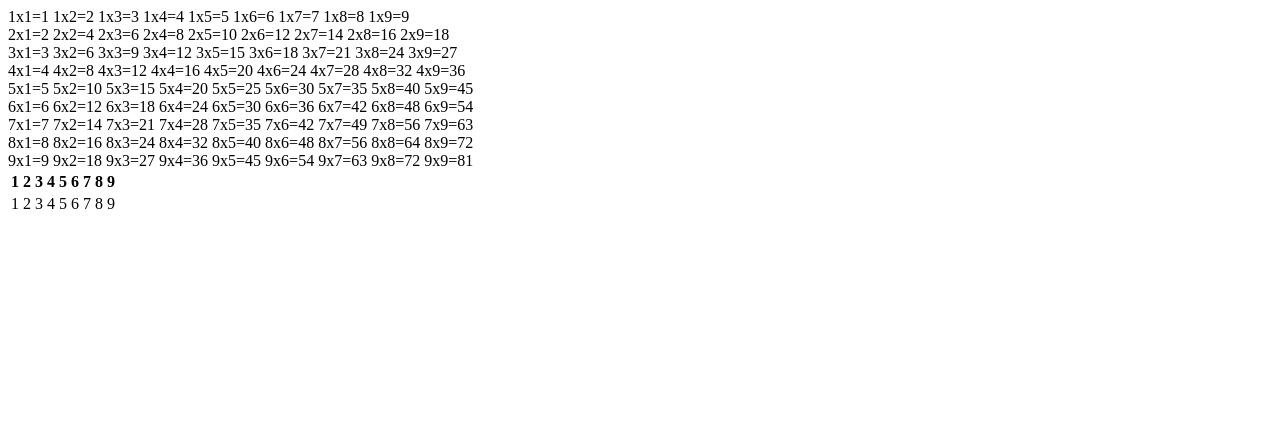
Repository: SongSooJin/JSP
Page: http://localhost/5-jsp-basic/example5/gugudan2.jsp
These files come from the project's save history. The page is drawn as it stood at one moment and after the next save; the edit follows.
The browser window is 1280 px wide. The pictures show the whole page.
The page is served by Tomcat 9. Other server files are loaded and not shown.

Above is the page before, as saved 2018-10-08 05:23:42.

### 5-jsp-basic/WebContent/example5/gugudan2.jsp
<%@ page language="java" contentType="text/html; charset=UTF-8"
	pageEncoding="UTF-8"%>
<!DOCTYPE html>
<html>
<head>
<meta charset="UTF-8">
<title>Insert title here</title>
</head>
<body>

	<%
		for(int i=1; i<=9; i++) {
			for(int j=1; j<=9; j++){
				out.print(i +"x"+ j + "=" + (i*j) + " ");
			}
			out.print("<br>");
		}
	%>

	<table>
		<thead>
			<tr>
				<th>1</th>
				<th>2</th>
				<th>3</th>
				<th>4</th>
				<th>5</th>
				<th>6</th>
				<th>7</th>
				<th>8</th>
				<th>9</th>
			</tr>
		</thead>
		<tbody>
			<tr>
				<td>1</td>
				<td>2</td>
				<td>3</td>
				<td>4</td>
				<td>5</td>
				<td>6</td>
				<td>7</td>
				<td>8</td>
				<td>9</td>
			</tr>
		</tbody>
	</table>

</body>
</html>

After the next save:
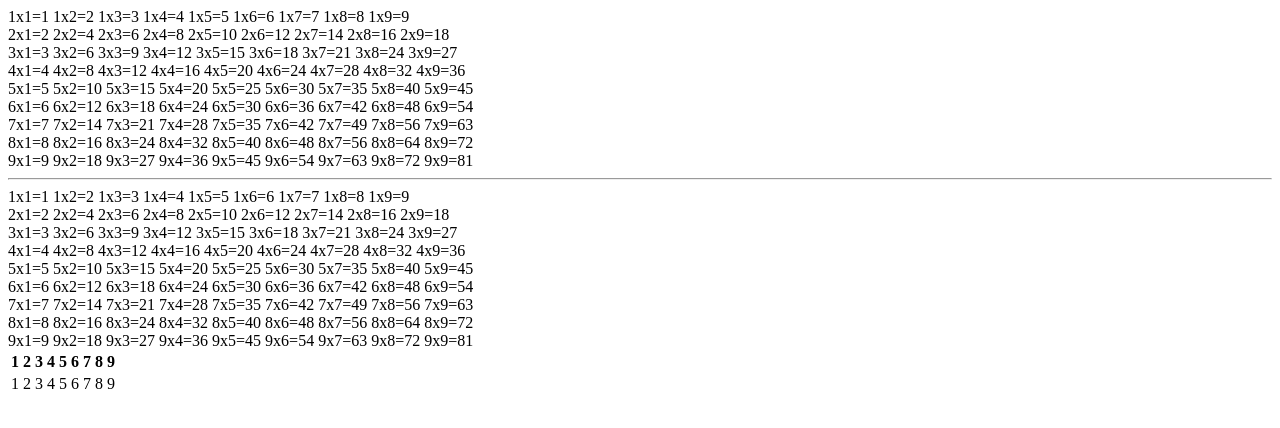
Saved 82 s later.
--- a/5-jsp-basic/WebContent/example5/gugudan2.jsp
+++ b/5-jsp-basic/WebContent/example5/gugudan2.jsp
@@ -16,7 +16,15 @@
 			out.print("<br>");
 		}
 	%>
-
+	<hr>
+		<%
+		for(int i=1; i<=9; i++) {
+			for(int j=1; j<=9; j++){
+				out.print(i +"x"+ j + "=" + (i*j) + " ");
+			}
+			out.print("<br>");
+		}
+	%>
 	<table>
 		<thead>
 			<tr>
